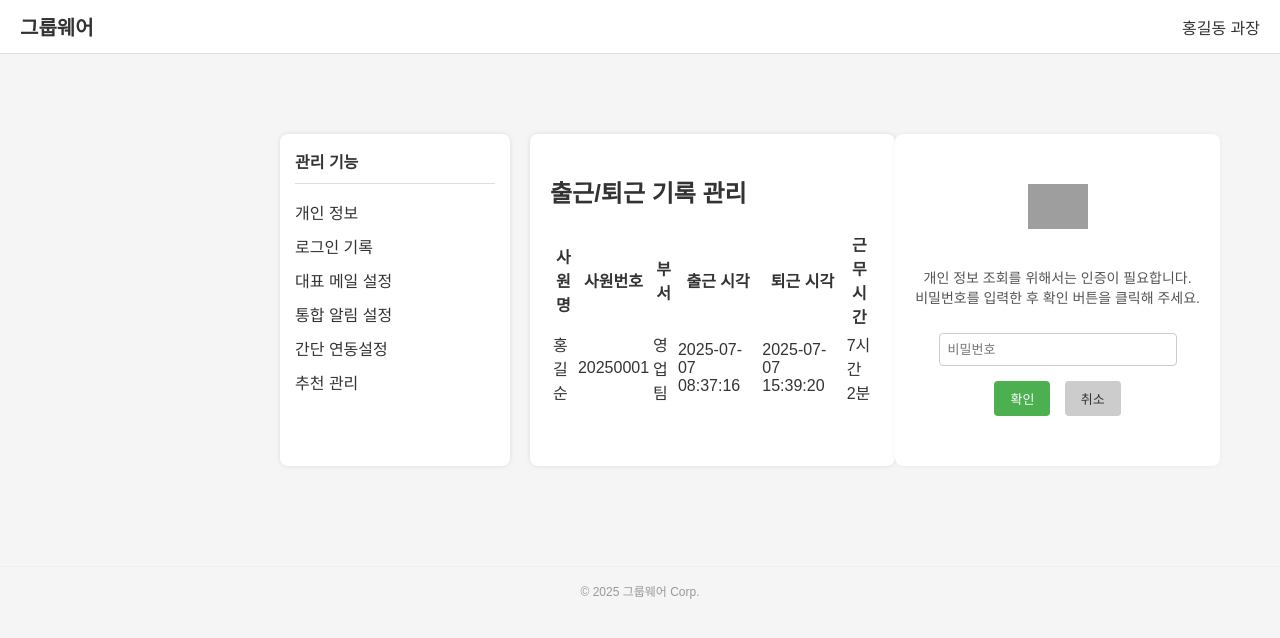
Repository: hyunbin7664/web-java-workspace
Page: groupware/src/main/webapp/mypage.html
An editor plug-in stored every save of this project. The page is shown before and after the next save, followed by the edit.
The browser window is 1280 px wide. The pictures show the whole page.
Pictures or frames that could not be fetched are drawn as grey boxes.

Above is the page before, as saved 2025-07-08 01:23:49.

After the next save:
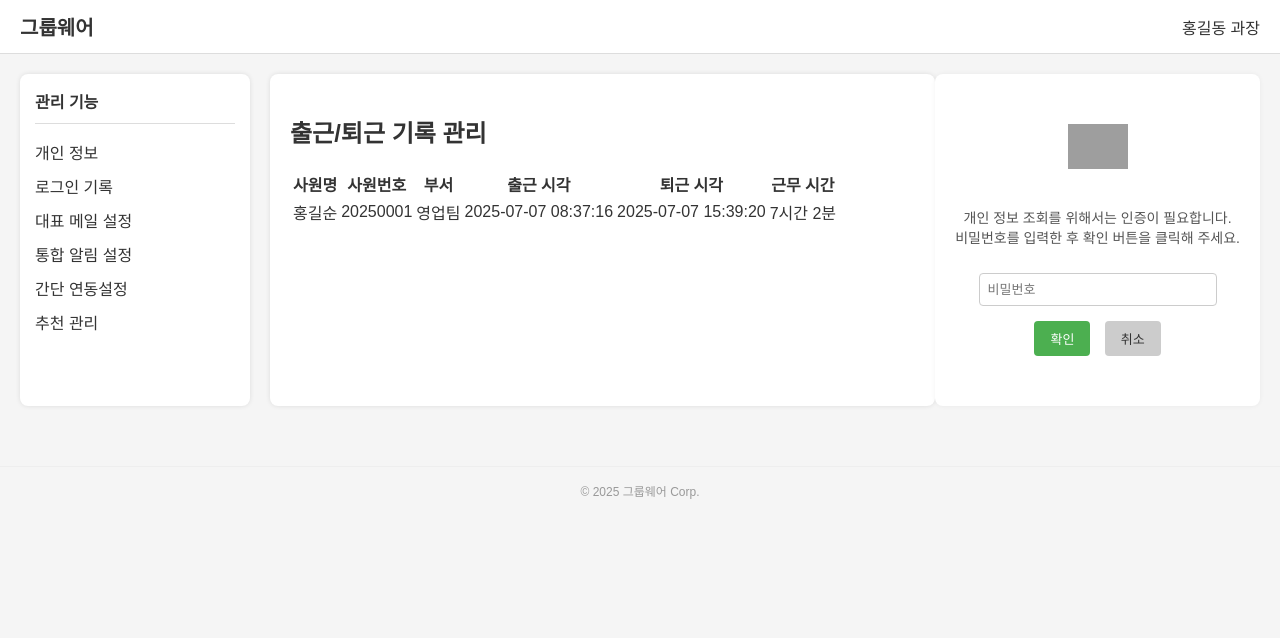
Saved 28 s later.
--- a/groupware/src/main/webapp/mypage.html
+++ b/groupware/src/main/webapp/mypage.html
@@ -23,12 +23,6 @@ header {
 header h1 {
 	font-size: 20px;
 	margin: 0;
-}
-
-main {
-	margin-left: 220px;
-	padding: 60px 40px 40px 40px; /* header + nav */
-	box-sizing: border-box;
 }
 
 .content-box {
